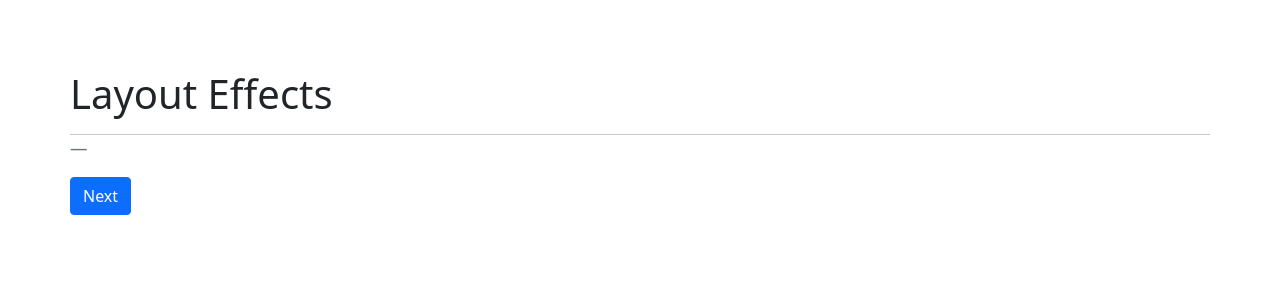
Repository: ppfeliuu/hooks-app
Page: /
The author's editor kept a copy of each file at every save. The page is drawn from the files as they stood at one save, then again after the next save.
The browser window is 1280 px wide. The pictures show the whole page.
The page's requests for data from a server got no answer. The project was rebuilt for these pictures with package versions that can differ from the ones it lists, and the page was loaded fresh each time. No one was signed in, and anything a server would have sent is missing. Also part of the build but not shown: src/components/01-useState/CounterApp.js, src/components/01-useState/CounterWithCustomHook.js, src/hooks/useForm.js, src/components/02-useEffect/FormWithCustomHook.js, src/components/02-useEffect/Message.js, src/components/02-useEffect/SimpleForm.js, src/components/04-useRef/FocusScreen.js, src/components/03-examples/MultipleCustomHooks.js and 3 more.

Above is the page before, as saved 2021-05-29 22:57:44.

### public/index.html
<!DOCTYPE html>
<html lang="en">
  <head>
    <meta charset="utf-8" />
    <link rel="icon" href="%PUBLIC_URL%/favicon.ico" />
    <meta name="viewport" content="width=device-width, initial-scale=1" />
    <meta name="theme-color" content="#000000" />
    <meta
      name="description"
      content="Web site created using create-react-app"
    />
    <link rel="apple-touch-icon" href="%PUBLIC_URL%/logo192.png" />
    <!--
      manifest.json provides metadata used when your web app is installed on a
      user's mobile device or desktop. See https://developers.google.com/web/fundamentals/web-app-manifest/
    -->
    <link rel="manifest" href="%PUBLIC_URL%/manifest.json" />
    <!--
      Notice the use of %PUBLIC_URL% in the tags above.
      It will be replaced with the URL of the `public` folder during the build.
      Only files inside the `public` folder can be referenced from the HTML.

      Unlike "/favicon.ico" or "favicon.ico", "%PUBLIC_URL%/favicon.ico" will
      work correctly both with client-side routing and a non-root public URL.
      Learn how to configure a non-root public URL by running `npm run build`.
    -->
    <link
      href="https://cdn.jsdelivr.net/npm/bootstrap@5.0.1/dist/css/bootstrap.min.css"
      rel="stylesheet"
      integrity="sha384-+0n0xVW2eSR5OomGNYDnhzAbDsOXxcvSN1TPprVMTNDbiYZCxYbOOl7+AMvyTG2x"
      crossorigin="anonymous"
    />
    <title>Hooks App</title>
  </head>
  <body>
    <noscript>You need to enable JavaScript to run this app.</noscript>
    <div id="root"></div>
    <!--
      This HTML file is a template.
      If you open it directly in the browser, you will see an empty page.

      You can add webfonts, meta tags, or analytics to this file.
      The build step will place the bundled scripts into the <body> tag.

      To begin the development, run `npm start` or `yarn start`.
      To create a production bundle, use `npm run build` or `yarn build`.
    -->
  </body>
</html>

### src/index.js
import React from "react";
import ReactDOM from "react-dom";
import { CounterApp } from "./components/01-useState/CounterApp";
import { CounterWithCustomHook } from "./components/01-useState/CounterWithCustomHook";
import { FormWithCustomHook } from "./components/02-useEffect/FormWithCustomHook";
import { SimpleForm } from "./components/02-useEffect/SimpleForm";
import { FocusScreen } from "./components/04-useRef/FocusScreen";
import { RealExampleRef } from "./components/04-useRef/RealExampleRef";
import { LayoutEffects } from "./components/05-useLayoutEffect/LayoutEffect";
import { MultipleCustomHooks } from "./components/examples/MultipleCustomHooks";
import { HookApp } from "./HookApp";

ReactDOM.render(<LayoutEffects />, document.getElementById("root"));

### src/components/05-useLayoutEffect/LayoutEffect.js
import React from "react";
import { useCounter } from "../../hooks/useCounter";
import { useFetch } from "../../hooks/useFetch";
import "../02-useEffect/effects.css";

export const LayoutEffects = () => {
  const { counter, increment } = useCounter(1);
  const { data } = useFetch(
    `https://www.breakingbadapi.com/api/quotes/${counter}`
  );
  // console.log(state);

  const { author, quote } = !!data && data[0];

  return (
    <div>
      <h1>Layout Effects</h1>
      <hr />

      <blockquote className="blockquote text-right">
        <p className="mb-2">{quote}</p>
        <footer className="blockquote-footer">{author}</footer>
      </blockquote>

      <button className="btn btn-primary" onClick={increment}>
        Next
      </button>
    </div>
  );
};

### src/hooks/useCounter.js
import { useState } from "react";

export const useCounter = (initialState = 1) => {
  const [counter, setCounter] = useState(initialState);

  const increment = () => {
    setCounter(counter + 1);
  };

  const decrement = () => {
    setCounter(counter - 1);
  };

  const reset = () => {
    setCounter(initialState);
  };

  return {
    counter,
    increment,
    decrement,
    reset,
  };
};

### src/hooks/useFetch.js
import { useEffect, useRef, useState } from "react";

export const useFetch = (url) => {
  const isMounted = useRef(true);

  const [state, setstate] = useState({
    data: null,
    loading: true,
    error: null,
  });

  useEffect(() => {
    return () => {
      isMounted.current = false;
    };
  }, []);

  useEffect(() => {
    setstate({ data: null, loading: true, error: null });
    fetch(url)
      .then((resp) => resp.json())
      .then((data) => {
        if (isMounted.current) {
          setstate({
            loading: false,
            error: null,
            data: data,
          });
        }
      });
  }, [url]);

  return state;
};

Loaded but not shown: src/components/01-useState/counter.css (common file); src/components/02-useEffect/effects.css (common file)

After the next save:
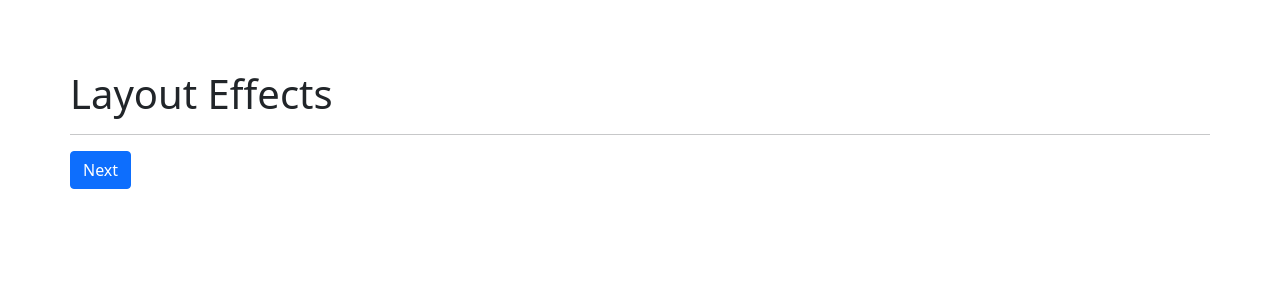
Saved 14 s later.
--- a/src/components/05-useLayoutEffect/LayoutEffect.js
+++ b/src/components/05-useLayoutEffect/LayoutEffect.js
@@ -19,7 +19,6 @@ export const LayoutEffects = () => {
 
       <blockquote className="blockquote text-right">
         <p className="mb-2">{quote}</p>
-        <footer className="blockquote-footer">{author}</footer>
       </blockquote>
 
       <button className="btn btn-primary" onClick={increment}>
